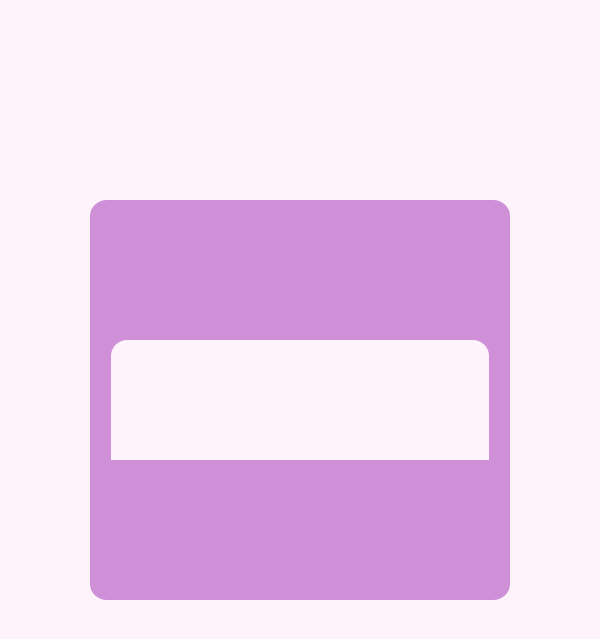
Repository: 2001mariana/Calculator_react
Page: /
An editor plug-in stored every save of this project. The page is shown before and after the next save, followed by the edit.
The browser window is 600 px wide. The pictures show the whole page.
The project was rebuilt for these pictures with package versions that can differ from the ones it lists, and the page was loaded fresh each time.

Above is the page before, as saved 2023-02-06 17:26:35.

After the next save:
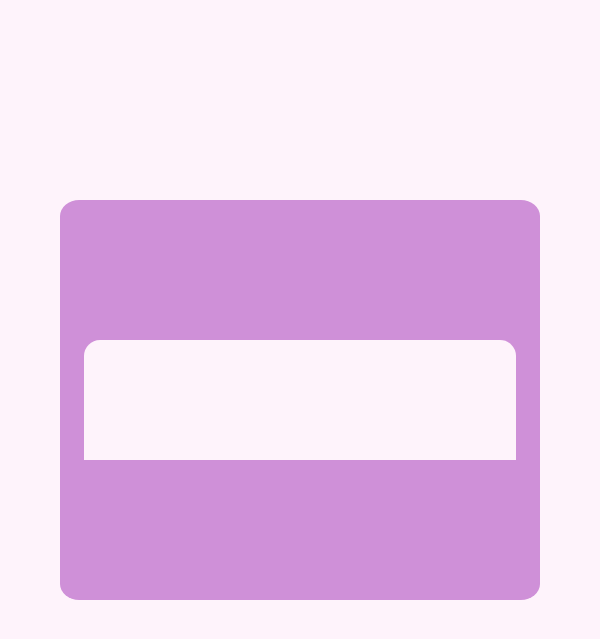
Saved 5 s later.
--- a/src/App.css
+++ b/src/App.css
@@ -50,6 +50,6 @@
 
 @media (max-width: 680px) {
   .Calculator__body {
-    width: 70vw;
+    width: 80vw;
   }
 }
